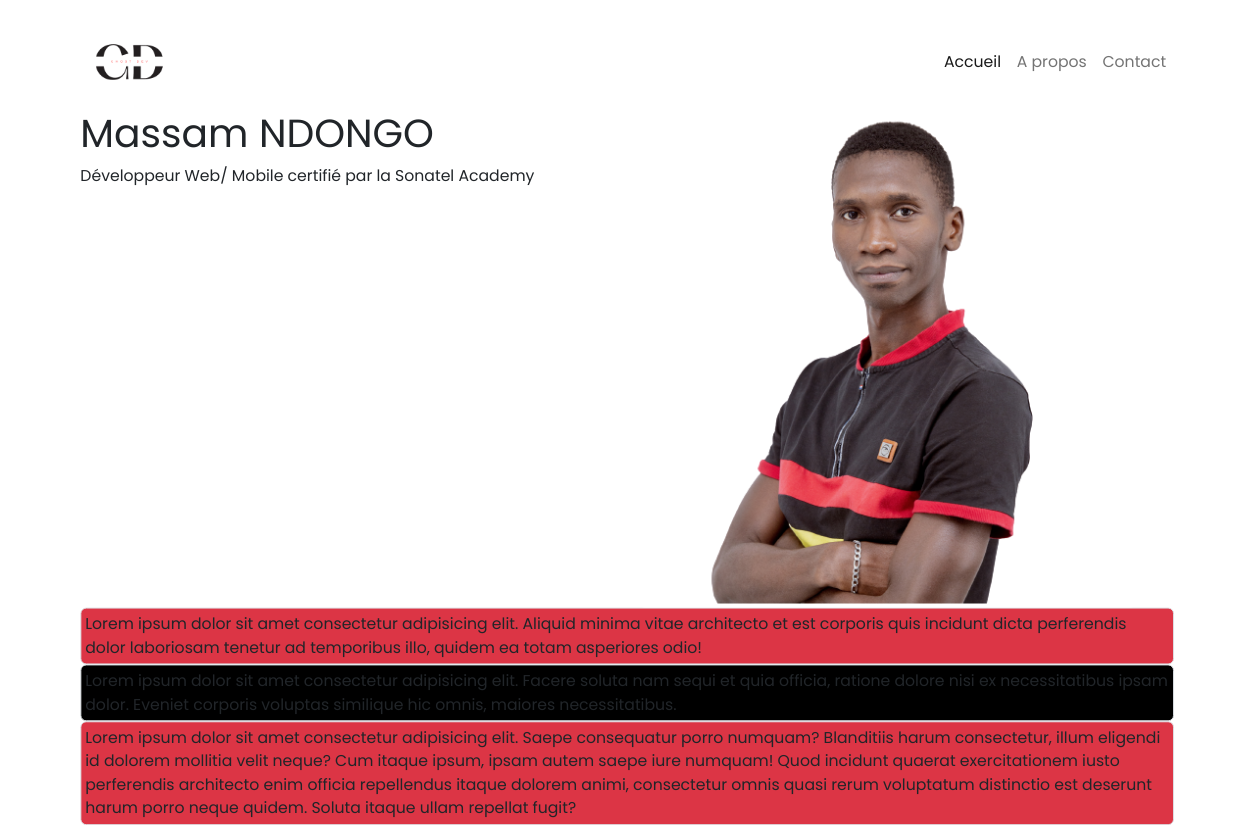
Repository: massndongo/portfolio1
Page: index.html
An editor plug-in stored every save of this project. The page is shown before and after the next save, followed by the edit.
The browser window is 1280 px wide. The pictures show the whole page, at 98% of full size.

Above is the page before, as saved 2023-05-29 17:52:07.

After the next save:
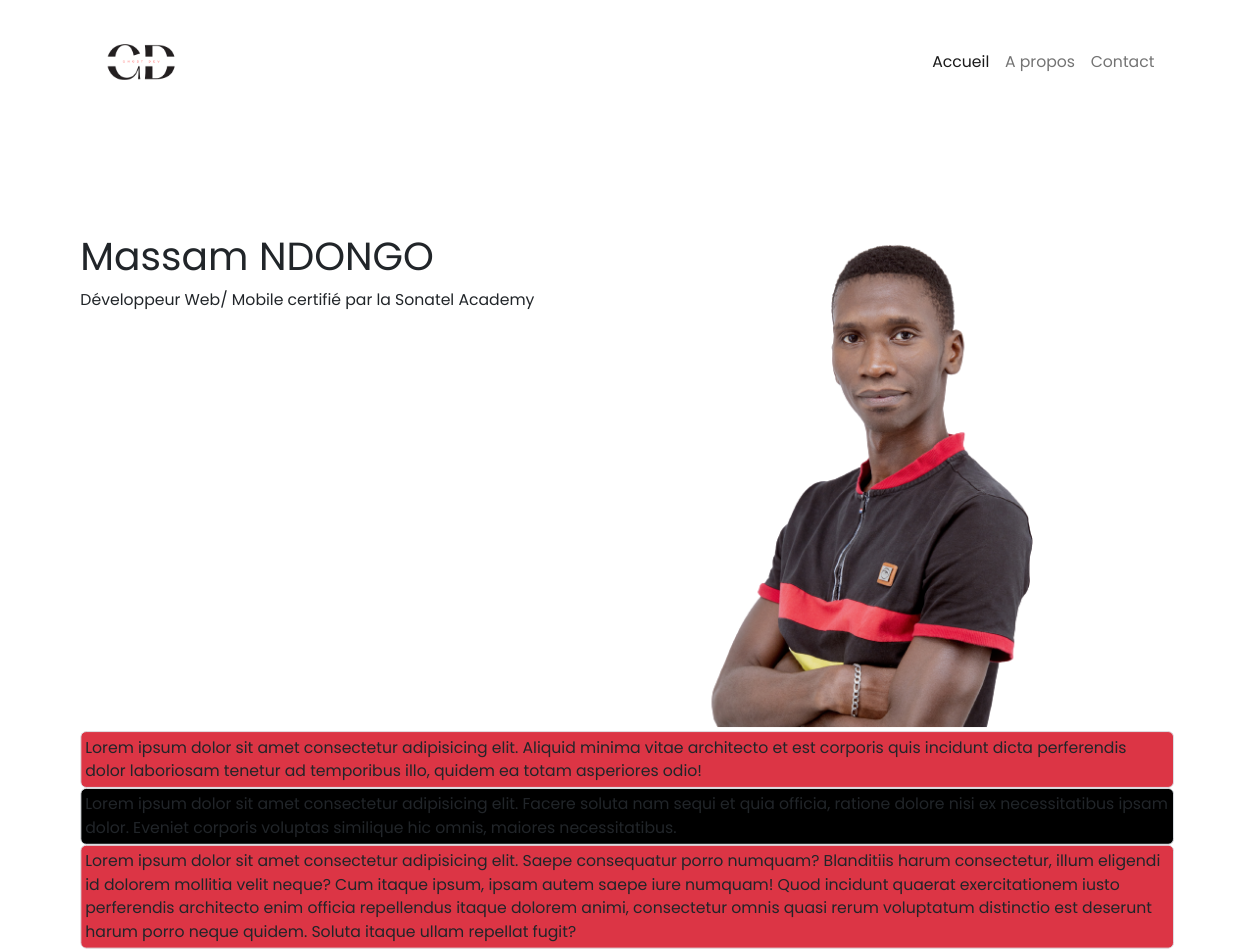
Saved 22 s later.
--- a/index.html
+++ b/index.html
@@ -12,7 +12,7 @@
     <div class="container">
 
         <!-- navbar -->
-        <nav class="navbar navbar-expand-lg bg-body-tertiary container fixed-top">
+        <nav class="navbar navbar-expand-lg bg-body-tertiary container">
             <div class="container-fluid">
               <a class="navbar-brand" href="#"><img class="img-thumbnail border-0" width="100px" height="100px" src="./assets/images/logo.png" alt="" srcset=""></a>
               <button class="navbar-toggler" type="button" data-bs-toggle="collapse" data-bs-target="#navbarText" aria-controls="navbarText" aria-expanded="false" aria-label="Toggle navigation">
